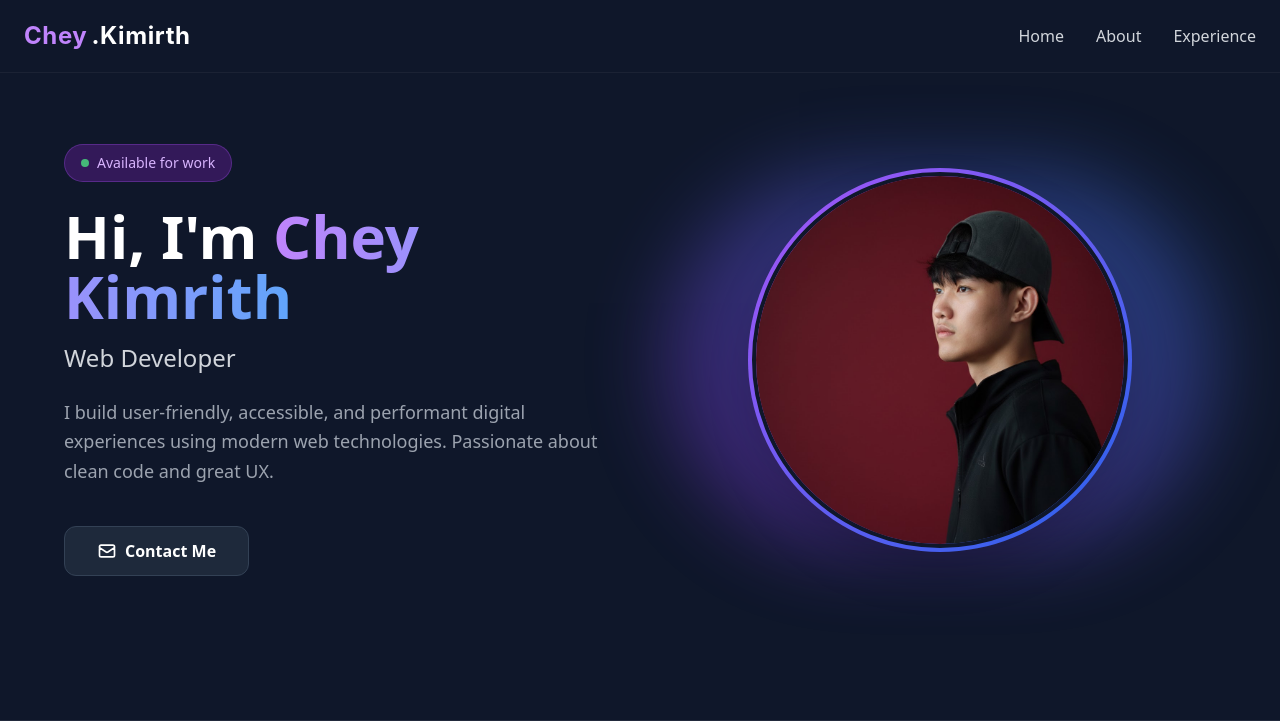
Repository: Kimrith/my-cv
Page: /
The author's editor kept a copy of each file at every save. The page is drawn from the files as they stood at one save, then again after the next save.
The browser window is 1280 px wide. The pictures show the part of the page from y = 0 to 721 px (the page is 4190 px tall).
Pictures or frames that could not be fetched are drawn as grey boxes. Some web libraries are served in a nearby version. The project was rebuilt for these pictures with package versions that can differ from the ones it lists, and the page was loaded fresh each time. Also part of the build but not shown: vite.config.js, src/Layout/footer.jsx.

Above is the page before, as saved 2026-03-10 01:23:02.

### index.html
<!doctype html>
<html lang="en">
  <head>
    <meta charset="UTF-8" />
    <link rel="icon" type="image/svg+xml" href="/vite.svg" />
    <meta name="viewport" content="width=device-width, initial-scale=1.0" />
    <title>cv</title>
    <script src="https://cdn.tailwindcss.com"></script>
    <link rel="preconnect" href="https://fonts.googleapis.com" />
    <link rel="preconnect" href="https://fonts.gstatic.com" crossorigin />
    <link
      href="https://fonts.googleapis.com/css2?family=Poppins:wght@400;600;700&display=swap"
      rel="stylesheet"
    />
  </head>
  <body>
    <div id="root"></div>
    <script type="module" src="/src/main.jsx"></script>
  </body>
</html>

### src/main.jsx
import { StrictMode } from "react";
import { createRoot } from "react-dom/client";
import "./index.css";
import App from "./App.jsx";
import { BrowserRouter } from "react-router-dom";

createRoot(document.getElementById("root")).render(
  <StrictMode>
    <BrowserRouter>
      <App />
    </BrowserRouter>{" "}
  </StrictMode>,
);

### src/App.jsx
import React from "react";
import { Routes, Route } from "react-router-dom";
import Layout from "./Layout/layout";
import Home from "./Navigation/home";

export default function App() {
  return (
    <Routes>
      <Route path="/" element={<Layout />}></Route>
    </Routes>
  );
}

### src/Layout/layout.jsx
import React from "react";
import Home from "./home";
import Footer from "./footer";
import { Outlet } from "react-router-dom";

export default function Layout() {
  return (
    <div>
      <Home />
      <Outlet />
    </div>
  );
}

### src/Navigation/home.jsx
import me from "../assets/me.png";

export default function Homepage() {
  return (
    <section className="min-h-screen flex items-center justify-center px-4 py-12 relative overflow-hidden bg-slate-900">
      {/* Background Decor: Subtle purple glow */}
      <div className="absolute top-1/4 left-1/4 w-96 h-96 bg-purple-600/20 rounded-full blur-[120px] -z-10 pointer-events-none" />
      <div className="absolute bottom-1/4 right-1/4 w-96 h-96 bg-blue-600/10 rounded-full blur-[120px] -z-10 pointer-events-none" />

      <div className="max-w-6xl mx-auto grid md:grid-cols-2 gap-12 items-center">
        {/* Left Column: Text Content */}
        <div className="text-center md:text-left space-y-6 order-2 md:order-1">
          {/* Status Badge */}
          <div className="inline-flex items-center gap-2 px-4 py-2 rounded-full bg-purple-900/50 border border-purple-500/30 text-purple-300 text-sm font-medium mx-auto md:mx-0">
            <span className="w-2 h-2 rounded-full bg-green-400 animate-pulse"></span>
            Available for work
          </div>

          {/* Headline */}
          <div>
            <h1 className="text-4xl md:text-6xl font-bold text-white leading-tight">
              Hi, I'm{" "}
              <span className="text-transparent bg-clip-text bg-gradient-to-r from-purple-400 to-blue-400">
                Chey Kimrith
              </span>
            </h1>
            <p className="mt-4 text-xl md:text-2xl text-gray-300 font-light">
              Web Developer
            </p>
          </div>

          {/* Bio */}
          <p className="text-gray-400 text-lg leading-relaxed max-w-xl mx-auto md:mx-0">
            I build user-friendly, accessible, and performant digital
            experiences using modern web technologies. Passionate about clean
            code and great UX.
          </p>

          {/* Action Buttons */}
          <div className="flex flex-col sm:flex-row items-center justify-center md:justify-start gap-4 pt-4">
            <a href="https://t.me/CheyKimrith" className="text-white">
              <button className="w-full sm:w-auto px-8 py-3 bg-slate-800 hover:bg-slate-700 text-white font-semibold rounded-xl border border-slate-700 transition-all flex items-center justify-center gap-2">
                <svg
                  xmlns="http://www.w3.org/2000/svg"
                  className="h-5 w-5"
                  fill="none"
                  viewBox="0 0 24 24"
                  stroke="currentColor"
                >
                  <path
                    strokeLinecap="round"
                    strokeLinejoin="round"
                    strokeWidth={2}
                    d="M3 8l7.89 5.26a2 2 0 002.22 0L21 8M5 19h14a2 2 0 002-2V7a2 2 0 00-2-2H5a2 2 0 00-2 2v10a2 2 0 002 2z"
                  />
                </svg>
                Contact Me
              </button>
            </a>
          </div>
        </div>

        {/* Right Column: Profile Image */}
        <div className="flex justify-center order-1 md:order-2 max-sm:mt-12 relative">
          {/* Decorative Ring */}
          <div className="absolute inset-0 bg-gradient-to-tr from-purple-600 to-blue-500 rounded-full blur-2xl opacity-30 animate-pulse"></div>

          <div className="relative w-72 h-72 md:w-96 md:h-96 rounded-full p-1 bg-gradient-to-br from-purple-500 to-blue-600 shadow-2xl">
            <img
              src={me}
              alt="Portrait of Chey Kimrith, Frontend Developer"
              className="w-full h-full rounded-full object-cover border-4 border-slate-900"
              loading="lazy"
            />
          </div>
        </div>
      </div>
    </section>
  );
}

### src/Layout/home.jsx
import React, { useState, useEffect } from "react";
import Homepage from "../Navigation/home";
import Aboutus from "../Navigation/aboutus";
import Experience from "../Navigation/exp";

// Simple SVG Icons
const MenuIcon = () => (
  <svg
    xmlns="http://www.w3.org/2000/svg"
    className="h-6 w-6"
    fill="none"
    viewBox="0 0 24 24"
    stroke="currentColor"
  >
    <path
      strokeLinecap="round"
      strokeLinejoin="round"
      strokeWidth={2}
      d="M4 6h16M4 12h16M4 18h16"
    />
  </svg>
);

const CloseIcon = () => (
  <svg
    xmlns="http://www.w3.org/2000/svg"
    className="h-6 w-6"
    fill="none"
    viewBox="0 0 24 24"
    stroke="currentColor"
  >
    <path
      strokeLinecap="round"
      strokeLinejoin="round"
      strokeWidth={2}
      d="M6 18L18 6M6 6l12 12"
    />
  </svg>
);

export default function Home() {
  const [isMenuOpen, setIsMenuOpen] = useState(false);
  const [isScrolled, setIsScrolled] = useState(false);

  // Handle scroll effect for navbar
  useEffect(() => {
    const handleScroll = () => {
      setIsScrolled(window.scrollY > 20);
    };
    window.addEventListener("scroll", handleScroll);
    return () => window.removeEventListener("scroll", handleScroll);
  }, []);

  // Smooth scroll handler
  const scrollToSection = (id) => {
    const element = document.getElementById(id);
    if (element) {
      element.scrollIntoView({ behavior: "smooth" });
      setIsMenuOpen(false);
    }
  };

  return (
    // Main Background: Dark Gray/Slate
    <div className="min-h-screen bg-slate-900 text-gray-100 font-sans selection:bg-purple-500 selection:text-white">
      {/* Navbar */}
      <nav
        className={`fixed w-full z-50 transition-all duration-300 border-b border-white/5 ${
          isScrolled
            ? "bg-slate-900/90 backdrop-blur-md shadow-lg py-3"
            : "bg-transparent py-5"
        }`}
      >
        <div className="max-w-7xl mx-auto px-6 flex items-center justify-between">
          {/* Logo */}
          <div
            style={{ fontFamily: "Inter, sans-serif" }}
            className="text-2xl font-bold cursor-pointer flex items-center gap-1 tracking-wide"
            onClick={() => scrollToSection("home")}
          >
            <span className="text-purple-400">Chey</span>
            <span className="text-white">.Kimirth</span>
          </div>

          {/* Desktop Menu */}
          <div className="hidden md:flex items-center gap-8">
            {["Home", "About", "Experience"].map((item) => (
              <button
                key={item}
                onClick={() => scrollToSection(item.toLowerCase())}
                className="text-gray-300 hover:text-purple-400 font-medium transition-colors duration-200"
              >
                {item}
              </button>
            ))}
          </div>

          {/* Mobile Menu Button */}
          <div className="md:hidden">
            <button
              onClick={() => setIsMenuOpen(!isMenuOpen)}
              className="text-gray-300 hover:text-white focus:outline-none"
              aria-label="Toggle menu"
            >
              {isMenuOpen ? <CloseIcon /> : <MenuIcon />}
            </button>
          </div>
        </div>

        {/* Mobile Dropdown - Dark Background */}
        {isMenuOpen && (
          <div className="md:hidden absolute top-full left-0 w-full bg-slate-800 border-b border-white/10 shadow-xl">
            <div className="flex flex-col p-6 gap-4">
              {["Home", "About", "Experience"].map((item) => (
                <button
                  key={item}
                  onClick={() => scrollToSection(item.toLowerCase())}
                  className="text-left text-gray-300 font-medium hover:text-purple-400 py-2 transition-colors"
                >
                  {item}
                </button>
              ))}
            </div>
          </div>
        )}
      </nav>

      {/* Page Content */}
      <main>
        <section id="home">
          {/* Optional: Background Glow Effect */}
          <div className="absolute top-1/2 left-1/2 -translate-x-1/2 -translate-y-1/2 bg-purple-600/20 rounded-full blur-[100px] -z-10 pointer-events-none"></div>

          <Homepage />
        </section>

        <section
          id="about"
          className="min-h-screen bg-slate-800/50 flex items-center justify-center border-t border-white/5"
        >
          <Aboutus />
        </section>

        <section
          id="experience"
          className="min-h-screen bg-slate-800/50 flex items-center justify-center border-t border-white/5"
        >
          <Experience />
        </section>
      </main>
    </div>
  );
}

### src/Navigation/aboutus.jsx
export default function Aboutus() {
  const aboutData = {
    personal: {
      name: "Chey Kimrith",
      bio: [
        {
          type: "paragraph",
          content: `Hi, I'm <span class="text-purple-400 font-medium">Chey Kimrith</span>, a Frontend Developer who loves building modern, responsive, and user-friendly web applications. I enjoy turning ideas into clean interfaces using React and Tailwind CSS.`,
        },
        {
          type: "paragraph",
          content: `I am a creative and motivated Frontend Web Developer with a
        strong foundation in web technologies. With 3 Months of
        experience at the <a href="https://www.interior.gov.kh/en"
        <span class="text-purple-400 font-medium
        underline underline-offset-4 decoration-purple-500/50
        hover:decoration-purple-400 transition-all cursor-pointer">
        Ministry of Interior</span></a>
        , I have developed a solid
        understanding of building responsive and user-friendly web
        applications. I am passionate about creating clean interfaces, solving
        problems, and continuously improving my skills. I have experience
        working with modern frontend tools and enjoy turning ideas into
        functional designs. I am eager to apply my knowledge and grow in a
        professional environment where I can contribute to innovative and
        impactful digital solutions.`,
        },
      ],
    },
    skills: {
      frontend: {
        title: "Frontend",
        icon: (
          <svg
            className="w-4.5 h-4.5 text-purple-400"
            fill="none"
            stroke="currentColor"
            viewBox="0 0 24 24"
          >
            <path
              strokeLinecap="round"
              strokeLinejoin="round"
              strokeWidth={2}
              d="M9.75 17L9 20l-1 1h8l-1-1-.75-3M3 13h18M5 17h14a2 2 0 002-2V5a2 2 0 00-2-2H5a2 2 0 00-2 2v10a2 2 0 002 2z"
            />
          </svg>
        ),
        skills: [
          "HTML",
          "CSS",
          "JavaScript",
          "React",
          "Tailwind",
          "Bootstrap",
          "Angular",
        ],
      },
      backend: {
        title: "Backend",
        icon: (
          <svg
            className="w-4.5 h-4.5 text-blue-400"
            fill="none"
            stroke="currentColor"
            viewBox="0 0 24 24"
          >
            <path
              strokeLinecap="round"
              strokeLinejoin="round"
              strokeWidth={2}
              d="M5 12h14M5 12a2 2 0 01-2-2V6a2 2 0 012-2h14a2 2 0 012 2v4a2 2 0 01-2 2M5 12a2 2 0 00-2 2v4a2 2 0 002 2h14a2 2 0 002-2v-4a2 2 0 00-2-2m-2-4h.01M17 16h.01"
            />
          </svg>
        ),
        skills: ["Node.js", "Express", "NestJS"],
      },
      database: {
        title: "Database",
        icon: (
          <svg
            className="w-4.5 h-4.5 text-emerald-400"
            fill="none"
            stroke="currentColor"
            viewBox="0 0 24 24"
          >
            <path
              strokeLinecap="round"
              strokeLinejoin="round"
              strokeWidth={2}
              d="M4 7v10c0 2.21 3.582 4 8 4s8-1.79 8-4V7M4 7c0 2.21 3.582 4 8 4s8-1.79 8-4M4 7c0-2.21 3.582-4 8-4s8 1.79 8 4m0 5c0 2.21-3.582 4-8 4s-8-1.79-8-4"
            />
          </svg>
        ),
        skills: ["MongoDB", "MySQL"],
      },
      tools: {
        title: "Tools",
        icon: (
          <svg
            className="w-4.5 h-4.5 text-red-400"
            fill="none"
            stroke="currentColor"
            viewBox="0 0 24 24"
          >
            <path
              strokeLinecap="round"
              strokeLinejoin="round"
              strokeWidth={2}
              d="M12 6V3m0 3v3m0-3h3m-3 0H9m12 6v-3m0 3v3m0-3h3m-3 0h-3m-9 6V9m0 3v3m0-3H3m3 0h3m9-9l-3 3m0 0l3 3m-3-3l-3-3m3 3l3-3"
            />
          </svg>
        ),
        skills: ["Git", "GitHub", "VS Code", "Apache Netbeans", "Figma"],
      },
    },
    school: [
      {
        icon: "M12 3L1 9l11 6 9-4.91V17h2V9L12 3z",
        label: "2019 - 2024",
        desc: "Sovanaphumi",
      },
      {
        icon: "M12 3L1 9l11 6 9-4.91V17h2V9L12 3z",
        label: "2024 - Present (Year 3)",
        desc: "SETEC Institute",
      },
    ],
  };

  const SkillPill = ({ skill }) => (
    <span className="px-3 py-1.5 bg-purple-900/40 border border-purple-500/30 rounded-lg text-sm text-purple-300 hover:bg-purple-500/20 hover:border-purple-400 transition-colors cursor-default flex items-center gap-1.5">
      <span className="w-1.5 h-1.5 rounded-full bg-purple-400"></span>
      {skill}
    </span>
  );

  const StatBox = ({ stat }) => (
    <div className="bg-slate-800/30 border border-white/5 rounded-xl p-4 text-center hover:border-purple-500/30 transition-colors">
      <div className="w-10 h-10 mx-auto mb-2 rounded-lg bg-purple-500/20 flex items-center justify-center">
        <svg
          className="w-5 h-5 text-purple-400"
          fill="none"
          stroke="currentColor"
          viewBox="0 0 24 24"
        >
          <path
            strokeLinecap="round"
            strokeLinejoin="round"
            strokeWidth={2}
            d={stat.icon}
          />
        </svg>
      </div>
      <p className="text-white font-semibold text-sm">{stat.label}</p>
      <p className="text-gray-500 text-xs">{stat.desc}</p>
    </div>
  );
  return (
    <section className="py-16 max-sm:py-16 max-sm:px-4 max-sm:bg-slate-900 relative">
      <div
        className="absolute inset-0 bg-no-repeat bg-center"
        style={{
          backgroundImage: "url('/path/to/your/background-pattern.svg')", // Add a subtle background pattern
          opacity: "0.05",
        }}
      ></div>
      <div className="max-w-4xl mx-auto relative">
        {/* Section Header with Icon */}
        <div className="flex items-center justify-center gap-3 mb-10">
          <div className="w-10 h-10 rounded-xl bg-purple-500/20 flex items-center justify-center">
            <svg
              className="w-5 h-5 text-purple-400"
              fill="none"
              stroke="currentColor"
              viewBox="0 0 24 24"
            >
              <path
                strokeLinecap="round"
                strokeLinejoin="round"
                strokeWidth={2}
                d="M16 7a4 4 0 11-8 0 4 4 0 018 0zM12 14a7 7 0 00-7 7h14a7 7 0 00-7-7z"
              />
            </svg>
          </div>
          <h2 className="text-3xl md:text-4xl font-bold text-white">
            About <span className="text-purple-400">Me</span>
          </h2>
        </div>

        {/* Bio Content */}
        <div className="bg-slate-800/40 border border-white/5 rounded-2xl p-6 md:p-8 mb-12">
          <div className="flex items-start gap-4">
            <div className="flex-shrink-0 mt-1">
              <svg
                className="w-5 h-5 text-purple-400"
                fill="none"
                stroke="currentColor"
                viewBox="0 0 24 24"
              >
                <path
                  strokeLinecap="round"
                  strokeLinejoin="round"
                  strokeWidth={2}
                  d="M8 12h.01M12 12h.01M16 12h.01M21 12c0 4.418-4.03 8-9 8a9.863 9.863 0 01-4.255-.949L3 20l1.395-3.72C3.512 15.042 3 13.574 3 12c0-4.418 4.03-8 9-8s9 3.582 9 8z"
                />
              </svg>
            </div>
            <div className="space-y-4 text-left">
              {aboutData.personal.bio.map((item, index) => (
                <p
                  key={index}
                  className="text-gray-300 text-lg leading-relaxed"
                  dangerouslySetInnerHTML={{ __html: item.content }}
                ></p>
              ))}
            </div>
          </div>
        </div>

        {/* Skills Section */}
        <div className="flex items-center justify-center gap-3 mb-10">
          <div className="w-10 h-10 rounded-xl bg-purple-500/20 flex items-center justify-center">
            <svg
              className="w-5 h-5 text-purple-400"
              fill="none"
              stroke="currentColor"
              viewBox="0 0 24 24"
            >
              <path
                strokeLinecap="round"
                strokeLinejoin="round"
                strokeWidth={2}
                d="M12 2l3 7h7l-5.5 4.5L18 21l-6-3.5L6 21l1.5-7.5L2 9h7l3-7z"
              />
            </svg>
          </div>
          <h2 className="text-3xl md:text-4xl font-bold text-white">
            Expertise
          </h2>
        </div>
        <div className="space-y-6">
          {Object.values(aboutData.skills).map((category) => (
            <div
              key={category.title}
              className="bg-slate-800/30 border border-white/5 rounded-xl p-5 hover:border-purple-500/30 transition-colors"
            >
              <div className="flex items-center gap-3 mb-4">
                <div className="w-9 h-9 rounded-lg bg-purple-500/20 flex items-center justify-center flex-shrink-0">
                  {category.icon}
                </div>
                <h3 className="text-lg font-semibold text-white">
                  {category.title}
                </h3>
              </div>
              <div className="flex flex-wrap gap-2">
                {category.skills.map((skill) => (
                  <SkillPill key={skill} skill={skill} />
                ))}
              </div>
            </div>
          ))}
        </div>

        {/* School */}
        <div className="mt-12 grid grid-cols-2 md:grid-cols-4 gap-4">
          {aboutData.school.map((stat) => (
            <StatBox key={stat.label} stat={stat} />
          ))}
        </div>
      </div>
    </section>
  );
}

Loaded but not shown: src/Navigation/exp.jsx (412 lines, source omitted); src/index.css (no stored copy; drawn as an empty file)

After the next save:
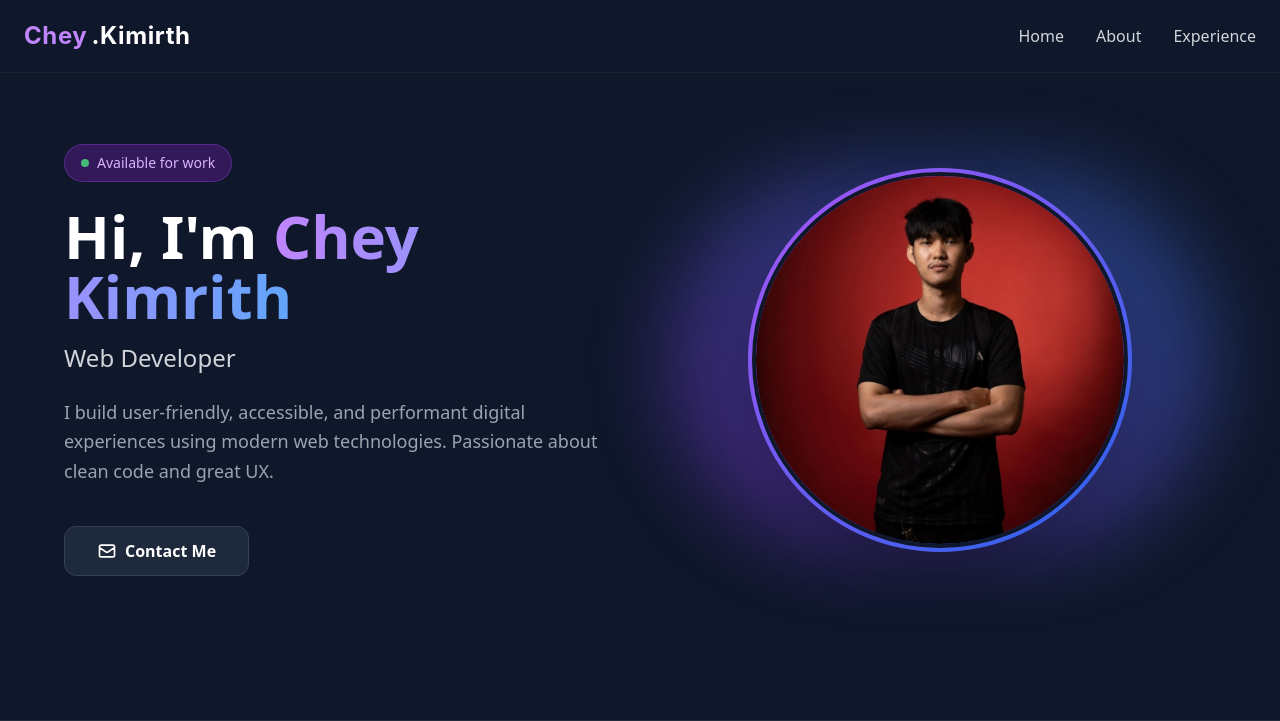
Saved 19 min 29 s later.
--- a/src/Navigation/home.jsx
+++ b/src/Navigation/home.jsx
@@ -1,4 +1,4 @@
-import me from "../assets/me.png";
+import me from "../assets/chey.png";
 
 export default function Homepage() {
   return (
